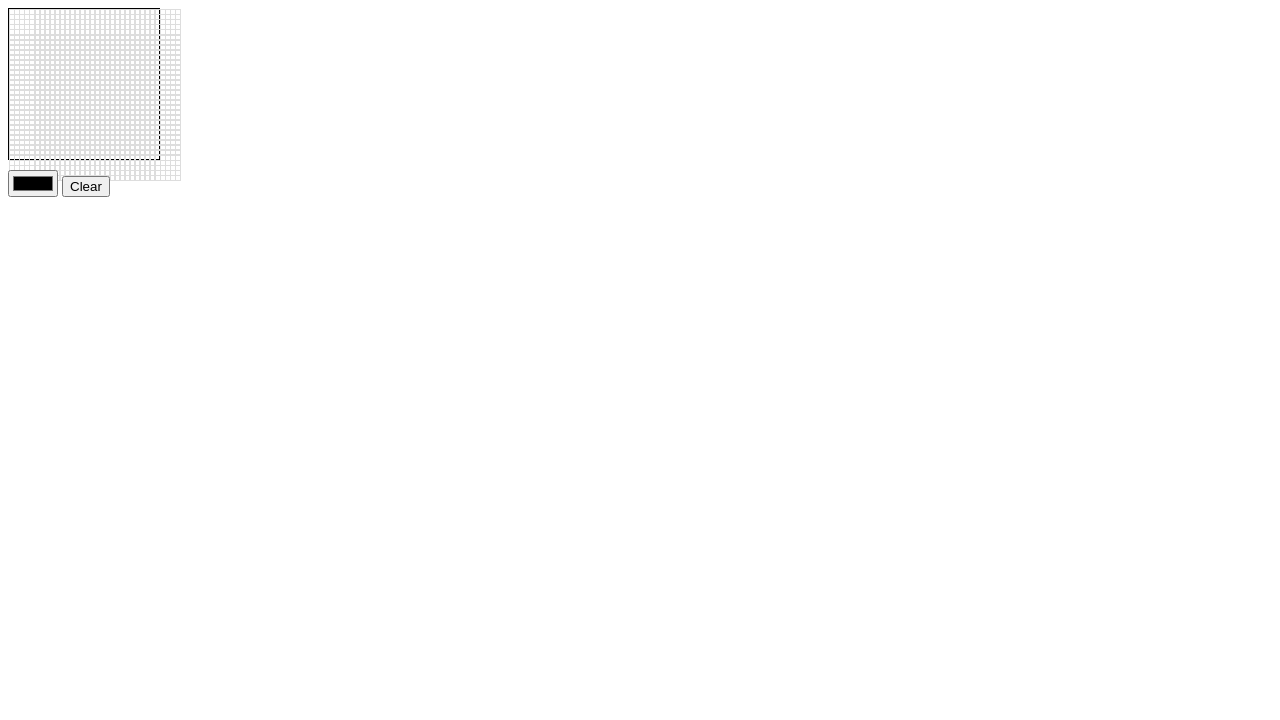
Repository: oldens/handwritten-digit-recognition
Page: index.html
The author's editor kept a copy of each file at every save. The page is drawn from the files as they stood at one save, then again after the next save.
The browser window is 1280 px wide. The pictures show the whole page.

Above is the page before, as saved 2025-01-31 15:38:10.

After the next save:
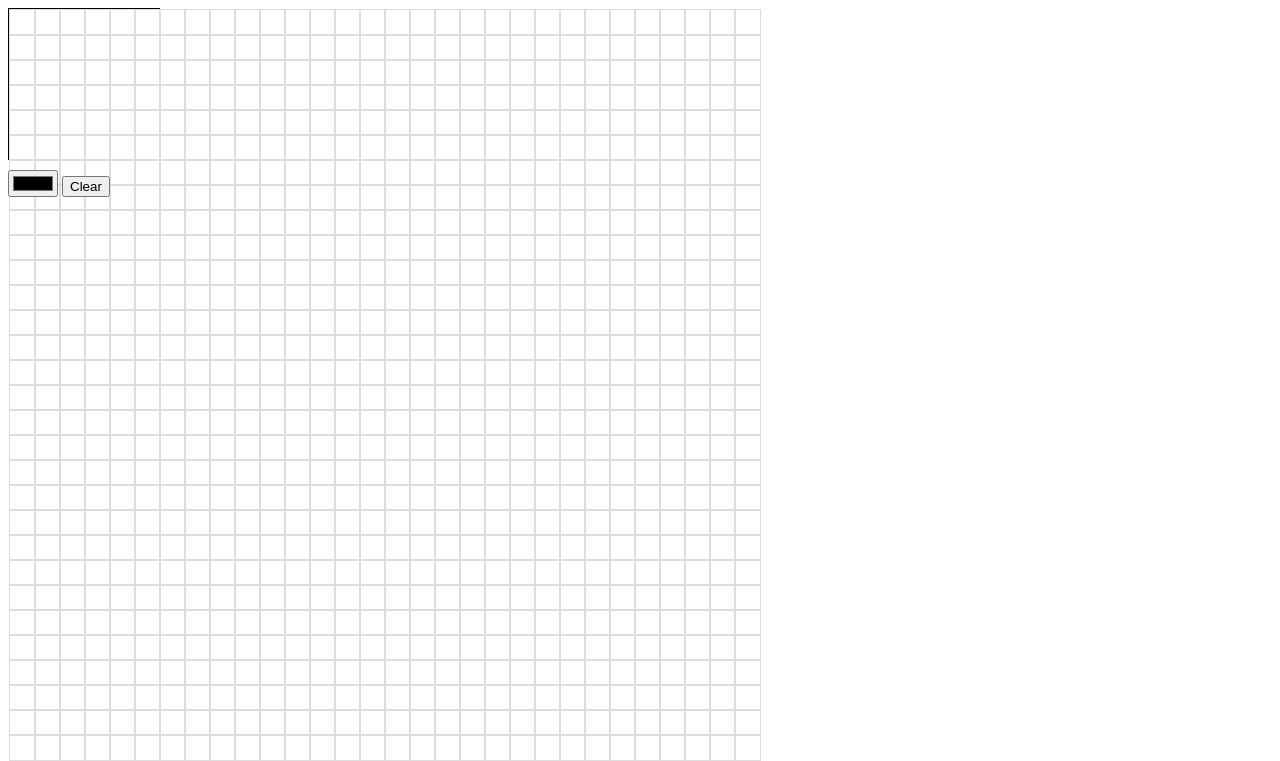
Saved 34 s later.
--- a/styles.css
+++ b/styles.css
@@ -2,8 +2,8 @@
     width: 150px;
     height: 150px;
     display: grid;
-    grid-template-columns: repeat(30, 5px);
-    grid-template-rows: repeat(30, 5px);
+    grid-template-columns: repeat(30, 25px);
+    grid-template-rows: repeat(30, 25px);
     border: 1px solid #000;
 }
 
